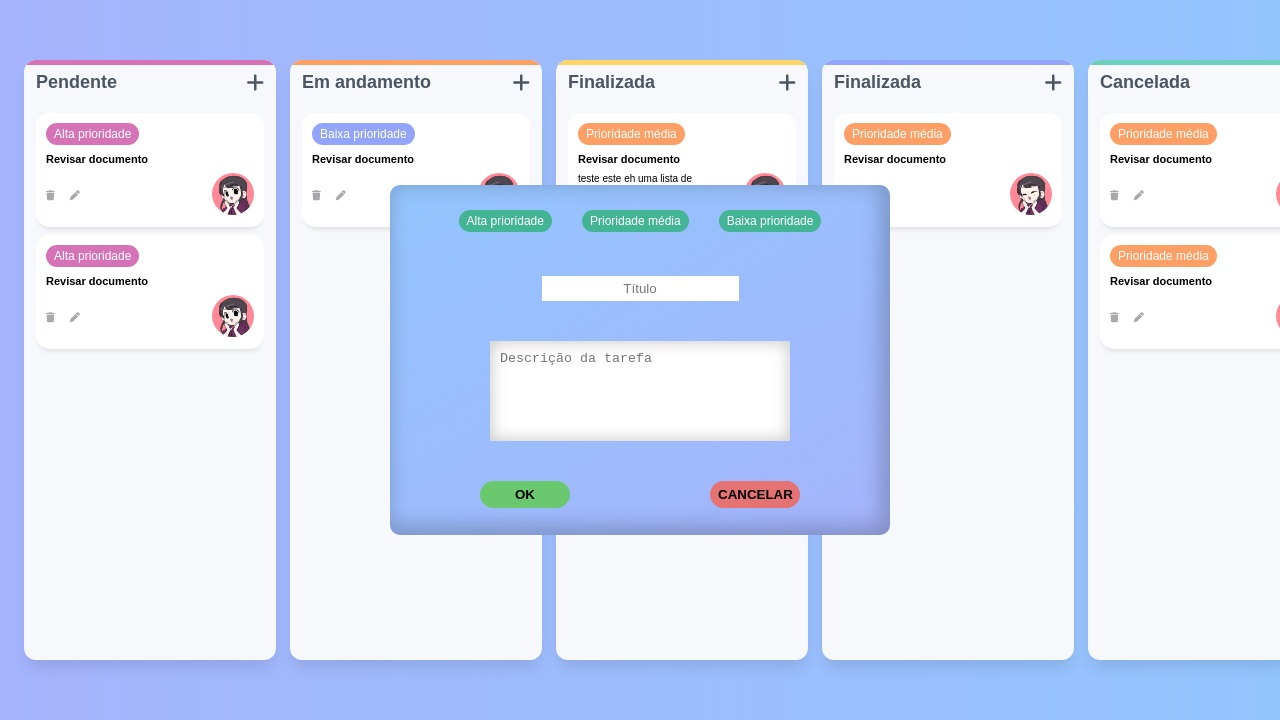
Repository: Marinalr-25/ProjetoToDoList
Page: index.html
The author's editor kept a copy of each file at every save. The page is drawn from the files as they stood at one save, then again after the next save.
The browser window is 1280 px wide. The pictures show the whole page.
The first visible `.title` has the focus.
Some web fonts or font styles are not loaded; a fallback is used. Some web libraries are served in a nearby version.

Above is the page before, as saved 2024-11-01 12:47:30.

### index.html
<!DOCTYPE html>
<html lang="pt-BR">
  <head>
    <meta charset="UTF-8" />
    <meta name="viewport" content="width=device-width, initial-scale=1.0" />
    <link rel="preconnect" href="https://fonts.googleapis.com" />
    <link rel="preconnect" href="https://fonts.gstatic.com" crossorigin />
    <link
      href="https://fonts.googleapis.com/css2?family=Playpen+Sans:wght@100..800&family=Roboto:ital,wght@0,100;0,300;0,400;0,500;0,700;0,900;1,100;1,300;1,400;1,500;1,700;1,900&display=swap"
      rel="stylesheet"
    />
    <link
      rel="stylesheet"
      href="https://cdnjs.cloudflare.com/ajax/libs/font-awesome/6.6.0/css/all.min.css"
      integrity="sha512-Kc323vGBEqzTmouAECnVceyQqyqdsSiqLQISBL29aUW4U/M7pSPA/gEUZQqv1cwx4OnYxTxve5UMg5GT6L4JJg=="
      crossorigin="anonymous"
      referrerpolicy="no-referrer"
    />
    <link rel="stylesheet" href="css/style.css" />
    <title>Suas tarefas</title>
  </head>
  <body>
    <main class="kanban">
      <!-- coluna 1 -->
      <div class="kanban-column" data-id="1">
        <div class="kanban-title">
          <h2>Pendente</h2>
          <button class="add-card"><i class="fa-solid fa-plus"></i></button>
        </div>
        <div class="kanban-cards">
          <div class="kanban-card" draggable="true">
            <div class="badge high">
              <span>Alta prioridade</span>
            </div>
            <p class="card-title">Revisar documento</p>
            <div class="card-infos">
              <div class="card-icons">
                <p>
                  <i class="fa-solid fa-trash"></i>
                </p>
                <p>
                  <i class="fa-solid fa-pen"></i>
                </p>
              </div>
              <div class="user">
                <img src="images/iconePerfil1.png" alt="avatar1" />
              </div>
            </div>
          </div>
          <div class="kanban-card" draggable="true">
            <div class="badge high">
              <span>Alta prioridade</span>
            </div>
            <p class="card-title">Revisar documento</p>
            <div class="card-infos">
              <div class="card-icons">
                <p>
                  <i class="fa-solid fa-trash"></i>
                </p>
                <p>
                  <i class="fa-solid fa-pen"></i>
                </p>
              </div>
              <div class="user">
                <img src="images/iconePerfil1.png" alt="avatar1" />
              </div>
            </div>
          </div>
        </div>
      </div>
      <!-- coluna 2 -->
      <div class="kanban-column" data-id="2">
        <div class="kanban-title">
          <h2>Em andamento</h2>
          <button class="add-card"><i class="fa-solid fa-plus"></i></button>
        </div>
        <div class="kanban-cards">
          <div class="kanban-card" draggable="true">
            <div class="badge low">
              <span>Baixa prioridade</span>
            </div>
            <p class="card-title">Revisar documento</p>
            <div class="card-infos">
              <div class="card-icons">
                <p>
                  <i class="fa-solid fa-trash"></i>
                </p>
                <p>
                  <i class="fa-solid fa-pen"></i>
                </p>
              </div>
              <div class="user">
                <img src="images/iconePerfil2.png" alt="avatar2" />
              </div>
            </div>
          </div>
        </div>
      </div>
      <!-- coluna 3 -->
      <div class="kanban-column" data-id="3">
        <div class="kanban-title">
          <h2>Finalizada</h2>
          <button class="add-card"><i class="fa-solid fa-plus"></i></button>
        </div>
        <div class="kanban-cards">
          <div class="kanban-card" draggable="true">
            <div class="badge medium">
              <span>Prioridade média</span>
            </div>
            <p class="card-title">Revisar documento</p>
            <div class="card-infos">
              teste este eh uma lista de tarefas que devo fazer mas se caso tiver mais linhas oq fazer
              lore
              <div class="card-icons">
                <p>
                  <i class="fa-solid fa-trash"></i>
                </p>
                <p>
                  <i class="fa-solid fa-pen"></i>
                </p>
              </div>
              <div class="user">
                <img src="images/iconePerfil2.png" alt="avatar2" />
              </div>
            </div>
          </div>
        </div>
      </div>
      <!-- coluna 4 -->
      <div class="kanban-column" data-id="4">
        <div class="kanban-title">
          <h2>Finalizada</h2>
          <button class="add-card"><i class="fa-solid fa-plus"></i></button>
        </div>
        <div class="kanban-cards">
          <div class="kanban-card" draggable="true">
            <div class="badge medium">
              <span>Prioridade média</span>
            </div>
            <p class="card-title">Revisar documento</p>
            <div class="card-infos">
              <div class="card-icons">
                <p>
                  <i class="fa-solid fa-trash"></i>
                </p>
                <p>
                  <i class="fa-solid fa-pen"></i>
                </p>
              </div>
              <div class="user">
                <img src="images/iconePerfil2.png" alt="avatar2" />
              </div>
            </div>
          </div>
        </div>
      </div>
      <!-- coluna 5 -->
      <div class="kanban-column" data-id="5">
        <div class="kanban-title">
          <h2>Cancelada</h2>
          <button class="add-card"><i class="fa-solid fa-plus"></i></button>
        </div>
        <div class="kanban-cards">
          <div class="kanban-card" draggable="true">
            <div class="badge medium">
              <span id="propriedadeSelecionada">Prioridade média</span>
            </div>
            <p class="card-title">Revisar documento</p>
            <div class="card-infos">
              <div class="card-icons">
                <p>
                  <i class="fa-solid fa-trash"></i>
                </p>
                <p>
                  <i class="fa-solid fa-pen"></i>
                </p>
              </div>
              <div class="user">
                <img src="images/iconePerfil2.png" alt="avatar2" />
              </div>
            </div>
          </div>
          <div class="kanban-card" draggable="true">
            <div class="badge medium">
              <span id="propriedadeSelecionada">Prioridade média</span>
            </div>
            <p class="card-title">Revisar documento</p>
            <div class="card-infos">
              <div class="card-icons">
                <p>
                  <i class="fa-solid fa-trash"></i>
                </p>
                <p>
                  <i class="fa-solid fa-pen"></i>
                </p>
              </div>
              <div class="user">
                <img src="images/iconePerfil2.png" alt="avatar2" />
              </div>
            </div>
          </div>
        </div>
      </div>

      <div class="adicionando">
        <div class="opcoes">
          <div class="custom_radio">
            <input
              type="radio"
              name="prioridade"
              id="alta_prioridade"
              placeholder="Alta prioridade"
            />
            <label for="alta_prioridade">Alta prioridade</label>
          </div>
          <div class="custom_radio">
            <input
              type="radio"
              name="prioridade"
              id="media_prioridade"
              placeholder="Alta prioridade"
            />
            <label for="media_prioridade">Prioridade média</label>
          </div>
          <div class="custom_radio">
            <input
              type="radio"
              name="prioridade"
              id="baixa_prioridade"
              placeholder="Alta prioridade"
            />
            <label for="baixa_prioridade">Baixa prioridade</label>
          </div>
      </div>
      <div class="title">
        <input type="text" class="title" name="title" id="title" placeholder="Título">
        <label for="title"></label>
      </div>
      <div class="descricao">
        <textarea placeholder="Descrição da tarefa" name="caixa_texto" id="caixa_texto" class="caixa_texto"></textarea>
      </div>
      <div class="buttons">
        <button class=" botao okButton">Ok</button>
        <button class=" botao cancelarButton">Cancelar</button>
      </div>
    </main>
    <script src="javascript/script.js"></script>
  </body>
</html>

### css/style.css
* {
  padding: 0;
  margin: 0;
  box-sizing: border-box;
}

*::-webkit-scrollbar {
  width: 0.8rem;
}

*::-webkit-scrollbar-track {
  background-color: #eaeffa;
  border-radius: 0.8rem;
}
*::-webkit-scrollbar-thumb {
  background-color: #b7d3fb;
  border-radius: 2rem;
}

html {
  font-size: 62.5%;
}

body {
  font-family: 'Playpen Sans', sans-serif;
  min-height: 100vh;
  display: flex;
  justify-content: center;
  align-items: center;
  background: linear-gradient(90deg, #a5b4fc, #93c5fd);
}

.kanban {
  display: flex;
  gap: 1.4rem;
  padding: 2.4rem;
  width: 100%;
  height: 90vh;
  overflow-x: auto;
}

.kanban-column {
  display: flex;
  flex-direction: column;
  gap: 1.8rem;
  height: 100%;
  overflow-y: auto;
  background-color: #f6f8fc;
  border-radius: 1.2rem;
  box-shadow: 0 1rem 1.5rem -0.3rem rgba(0, 0, 0, 0.1);
  padding: 1.2rem;
  overflow: hidden;
  min-width: 25.2rem;
  position: relative;

  &::after {
    position: absolute;
    content: '';
    top: 0;
    left: 0;
    height: 0.5rem;
    width: 100%;
  }
  &[data-id='1']::after {
    background-color: #d573b6;
  }
  &[data-id='2']::after {
    background-color: #fea065;
  }
  &[data-id='3']::after {
    background-color: #fed565;
  }
  &[data-id='4']::after {
    background-color: #92a5fb;
  }
  &[data-id='5']::after {
    background-color: #6ed0bc;
  }
}

.kanban-title {
  display: flex;
  justify-content: space-between;

  & h2 {
    font-size: 1.8rem;
    color: #4b5563;
    font-weight: 600;
  }
}

.add-card {
  color: #4b5563;
  font-size: 2rem;
  background-color: transparent;
  cursor: pointer;
  border: none;
}

.kanban-cards {
  display: flex;
  flex-direction: column;
  gap: 0.8rem;
  height: 100%;
  overflow-x: hidden;
  overflow-y: auto;
}

.kanban-card {
  display: flex;
  flex-direction: column;
  gap: 0.8rem;
  background-color: #ffffff;
  padding: 1rem;
  border-radius: 1.4rem;
  box-shadow: 0 0.5rem 0.5rem -0.3rem rgba(0, 0, 0, 0.1);
  cursor: pointer;
}

.badge {
  color: #ffffff;
  width: fit-content;
  font-size: 1.2rem;
  padding: 0.4rem 0.8rem;
  border-radius: 1.2rem;

  &.high {
    background-color: #d573b6;
  }
  &.medium {
    background-color: #fea065;
  }
  &.low {
    background-color: #92a5fb;
  }
}

.dragging {
  opacity: 0.5;
}

.card-title {
  font-size: 1.1rem;
  font-weight: 600;
}

.card-infos {
  display: flex;
  justify-content: space-between;
  align-items: center;
  gap: 0.8rem;
}
.card-icons {
  display: flex;
  gap: 1.5rem;
  & i {
    color: #a8a8aa;
  }
}

.cards-hover {
  background-color: #eaeffa;
  border-radius: 0.8rem;
}

.user img {
  width: 4.2rem;
  height: 4.2rem;
  border-radius: 100%;
  object-fit: cover;
}

.adicionando {
  padding: 2rem;
  display: flex;
  flex-direction: column;
  justify-content: space-between;
  gap: 2.5rem;
  position: fixed;
  top: 50%;
  left: 50%;
  transform: translate(-50%, -50%);
  width: 50rem;
  height: 35rem;
  border-radius: 1rem;
  box-shadow: inset -0.5rem -0.5rem 2rem 0.5rem rgba(0, 0, 0, 0.2);
  background: linear-gradient(150deg, #93c5fd, #a5b4fc);
}

.opcoes {
  display: flex;
  justify-content: center;
  gap: 2rem;
}

.custom_radio input[type='radio'] {
  display: none;
}

.custom_radio label {
  display: inline-block;
  margin: 0.5rem;
  cursor: pointer;
  transition: all 0.2s ease;
  background-color: #43b494;
  color: #ffffff;
  width: fit-content;
  font-size: 1.2rem;
  padding: 0.4rem 0.8rem;
  border-radius: 1.2rem;
}

.custom_radio input[type='radio']:checked + label {
  box-shadow: 0 0.5rem 0.5rem 0.2rem rgba(0, 0, 0, 0.2);
}

label:hover {
  transform: scale(1.1);
}

#alta_prioridade:checked + label {
  background-color: #d573b6; /* Vermelho para alta prioridade */
}

#media_prioridade:checked + label {
  background-color: #fea065; /* Amarelo para média prioridade */
}

#baixa_prioridade:checked + label {
  background-color: #92a5fb; /* Verde para baixa prioridade */
}

.custom-radio input[type='radio']:checked {
  transform: scale(1.1);
}

.title {
  display: flex;
  justify-content: center;
  border: 0;
  resize: none;
  padding: 0.5rem 1rem;
}

.title::placeholder {
  text-align: center;
}
.title:focus {
  outline: none;
}

.descricao {
  display: flex;
  justify-content: center;
}
.caixa_texto {
  width: 30rem;
  height: 10rem;
  padding: 1rem;
  border: 0;
  resize: none;
  box-shadow: inset 0 0 1.5rem 0.2rem #00000033;
}

.caixa_texto::placeholder {
  text-align: start;
}

.caixa_texto:focus {
  outline: none;
  box-shadow: inset 0 0 1.5rem 0.2rem transparent;
  border: 2px solid #998fe8;
}

.buttons {
  display: flex;
  justify-content: space-around;
  height: 4rem;
  align-items: center;
}

.botao {
  text-transform: uppercase;
  font-weight: 600;
  border: 0;
  border-radius: 5rem;
  padding: 0.6rem 0.8rem;
  width: 9rem;
  box-shadow: 0 0.5rem 0.5rem 0.2rem rgba(0, 0, 0, 0.2);
}

.okButton {
  background-color: #6ac96f;
  box-shadow: inset 0 0.5rem 0.5rem 0.2rem transparent;
  transition: all 0.3s ease;
  &:hover {
    box-shadow: inset 0.2rem -0.5rem 1rem 0.1rem #52b957;
    transform: scale(1.1);
  }
}
.cancelarButton {
  background-color: #e57373;
  box-shadow: inset 0 0.5rem 0.5rem 0.2rem transparent;
  transition: all 0.3s ease;
  &:hover {
    box-shadow: inset 0.2rem -0.5rem 1rem 0.1rem #d63d3d;
    transform: scale(1.1);
  }
}

### javascript/script.js
document.addEventListener('DOMContentLoaded', function () {
  const cards = document.querySelectorAll('.kanban-card');
  const colunas = document.querySelectorAll('.kanban-cards');
  const mais = document.querySelectorAll('.fa-solid.fa-plus');
  const cancelar = document.querySelector('.cancelarButton');
  const ok = document.querySelector('.okButton');
  const adicionando = document.querySelector('.adicionando');
  const textarea = document.querySelector('.caixa_texto');
  const kanbanCards = document.querySelector('.kanban-cards');
  const badge = document.querySelector('.badge');
  const radios = document.querySelectorAll('input[name="prioridade"]');

  let dragCard = null;
  let selecionadoPrioridade = '';

  function addDragEvents(card) {
    card.addEventListener('dragstart', (e) => {
      dragCard = card;
      e.currentTarget.classList.add('dragging');
    });
    card.addEventListener('dragend', (e) => {
      e.currentTarget.classList.remove('dragging');
      dragCard = null;
    });
  }
  cards.forEach((card) => addDragEvents(card));

  colunas.forEach((coluna) => {
    coluna.addEventListener('dragover', (e) => {
      e.preventDefault();
      e.currentTarget.classList.add('cards-hover');
    });
    coluna.addEventListener('dragleave', (e) => {
      e.currentTarget.classList.remove('cards-hover');
    });
    coluna.addEventListener('drop', (e) => {
      e.preventDefault();
      e.currentTarget.classList.remove('cards-hover');
      if (dragCard) {
        e.currentTarget.appendChild(dragCard);
      }
    });
  });

  radios.forEach((radio) => {
    radio.addEventListener('change', () => {
      if (radio.checked) {
        selecionadoPrioridade = radio.nextElementSibling.textContent;
        console.log(selecionadoPrioridade);
      }
    });
  });

  function corPrioridade() {
    switch (selecionadoPrioridade) {
      case 'Alta prioridade':
        return 'high';
      case 'Prioridade média':
        return 'medium';
      case 'Baixa prioridade':
        return 'low';
      case '':
        return alert('Selecione uma opção');
    }
  }

  mais.forEach((adicionar) => {
    adicionar.addEventListener('click', function () {
      adicionando.style.display = 'flex';
    });
  });

  textarea.addEventListener('blur', function () {
    const textareavalue = this.value;
    console.log(textareavalue);
  });

  ok.addEventListener('click', function () {
    const novoCard = document.createElement('div');
    novoCard.className = 'kanban-card';
    novoCard.draggable = true;

    const prioridadeClasse = corPrioridade();

    novoCard.innerHTML = `
        <div class= "badge ${prioridadeClasse}">
            <span>${selecionadoPrioridade} </span>
        </div>
        <p class="card-title">teste</p>
        <div class="card-infos">
            <div class="card-icons">
                <p>
                    <i class="fa-solid fa-trash"></i>
                </p>
                <p>
                    <i class="fa-solid fa-pen"></i>
                </p>
            </div>
            <div class="user">
                <img src="images/iconePerfil2.png" alt="avatar2" />
            </div>
        </div>
    `;

    kanbanCards.append(novoCard);
    addDragEvents(novoCard);

    adicionando.style.display = 'none';
  });

  cancelar.addEventListener('click', function () {
    adicionando.style.display = 'none';
  });
});

After the next save:
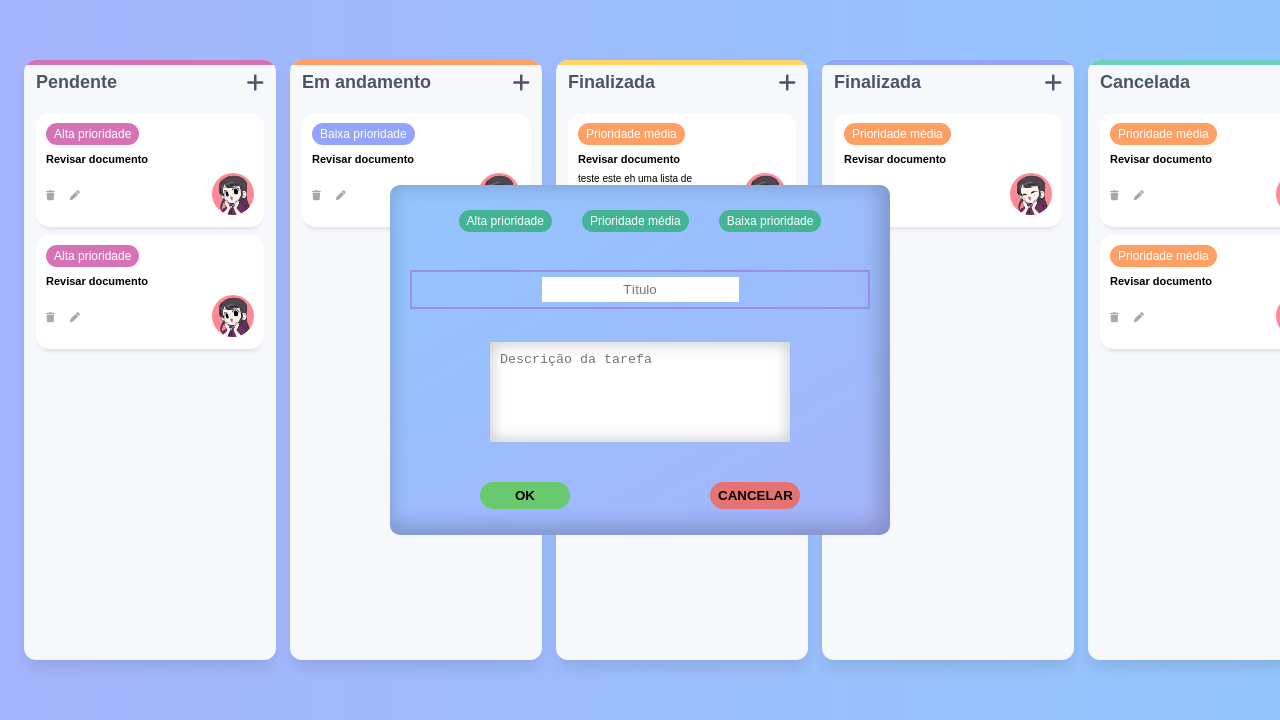
Saved 12 s later.
--- a/css/style.css
+++ b/css/style.css
@@ -247,6 +247,8 @@ label:hover {
 }
 .title:focus {
   outline: none;
+  box-shadow: inset 0 0 1.5rem 0.2rem transparent;
+  border: 2px solid #998fe8;
 }
 
 .descricao {
